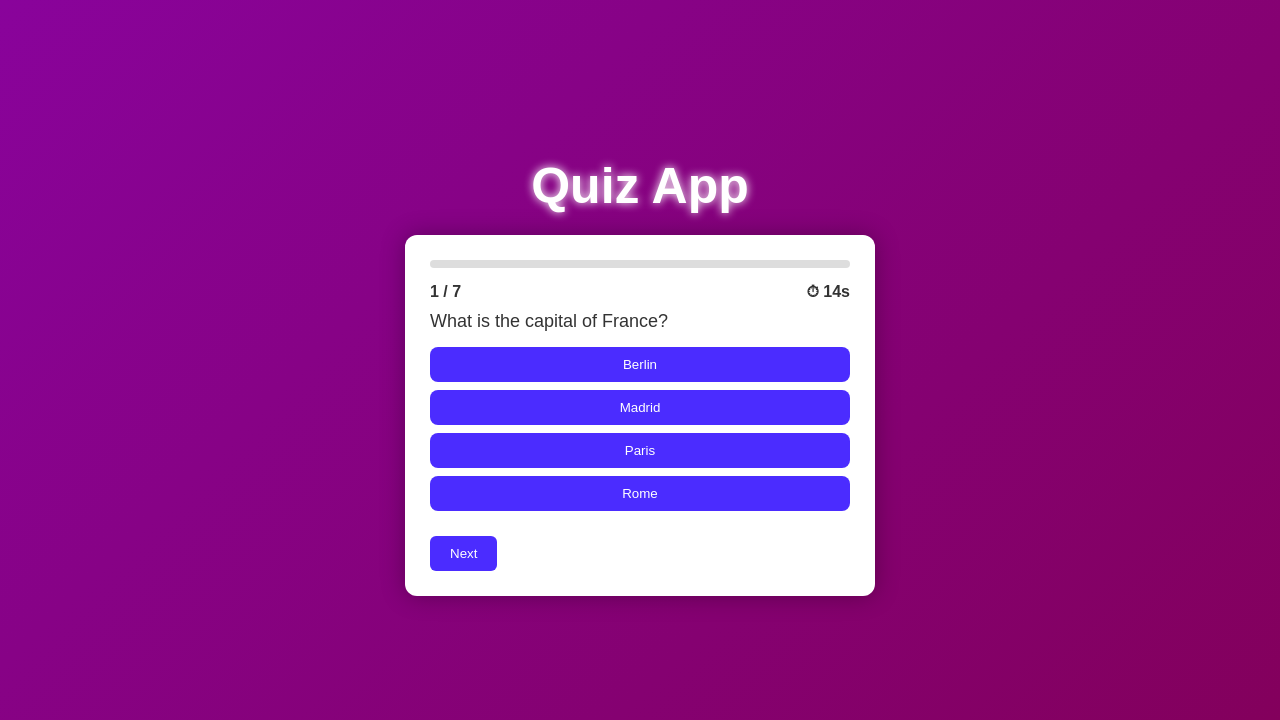
Repository: fatimaqueen9967-eng/SyntacexhubQuizApp
Page: index.html
An editor plug-in stored every save of this project. The page is shown before and after the next save, followed by the edit.
The browser window is 1280 px wide. The pictures show the whole page.
After loading, the first visible `#startBtn` was clicked once.

Above is the page before, as saved 2026-03-15 20:35:01.

After the next save:
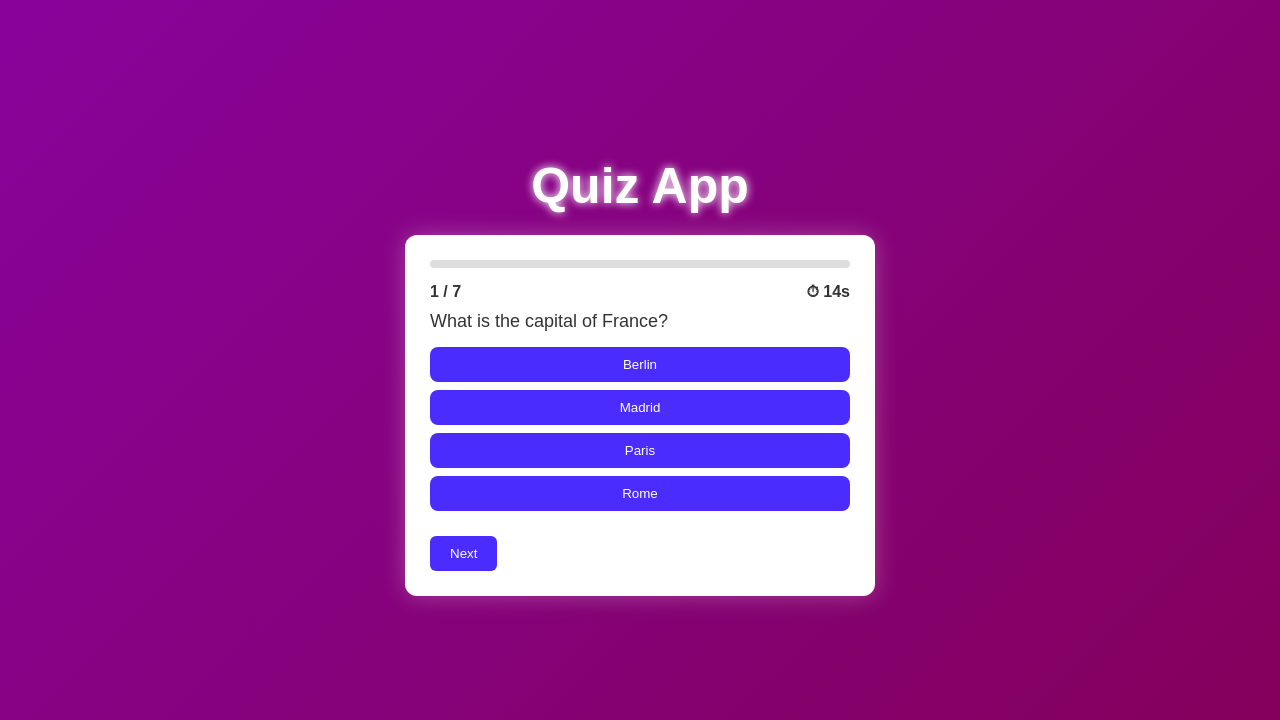
Saved 33 s later.
--- a/style.css
+++ b/style.css
@@ -57,7 +57,7 @@ width:420px;
 max-width:90%;
 padding:25px;
 border-radius:12px;
-box-shadow:0 0 25px rgba(0,0,0,0.3);
+box-shadow:0 0 25px rgba(231, 229, 229, 0.3);
 animation:fadeIn .5s;
 }
 
